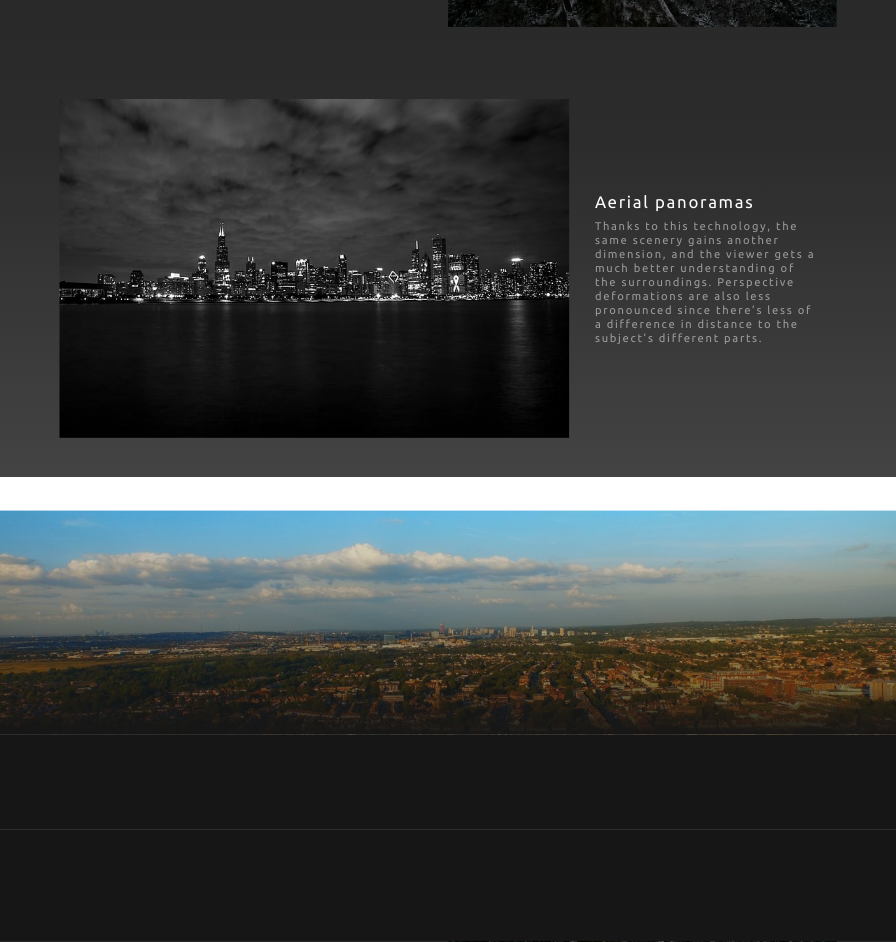
Repository: geoeskel/UCFD-Milestone-Project
Page: index.html
The author's editor kept a record of every edit. The page is drawn from the files as they stood at one moment, then again after the next edit.
The browser window is 1280 px wide. The pictures show the part of the page from y = 2958 to 4878 px (the page is 4303 px tall before and 4878 px after), at 70% of full size.
A picture or video elsewhere on the page could not be fetched, so the positions and the page height are approximate. Some web libraries are served in a nearby version.

Above is the page before.

### index.html
<!DOCTYPE html>
<html lang="en">

<head>
  <meta charset="utf-8">
  <meta name="viewport" content="width=device-width, initial-scale=1, shrink-to-fit=no">
  <title>TG Airview - Aerial Photography</title>
  <link href="css/bootstrap.min.css" rel="stylesheet">
  <link rel="stylesheet" href="https://use.fontawesome.com/releases/v5.1.1/css/all.css" integrity="sha384-O8whS3fhG2OnA5Kas0Y9l3cfpmYjapjI0E4theH4iuMD+pLhbf6JI0jIMfYcK3yZ" crossorigin="anonymous">
  <link href="https://fonts.googleapis.com/css?family=Ubuntu|Varela+Round&display=swap" rel="stylesheet">
  <link href="css/style.css" rel="stylesheet">
</head>

<body id="page-top">

  <!--------------------Navigation-------------------->
  <nav class="navbar navbar-expand-lg navbar-light fixed-top" id="mainNav">
    <div class="container">
      <a class="navbar-brand js-scroll-trigger" href="#page-top">Home</a>
      <button class="navbar-toggler navbar-toggler-right" type="button" data-toggle="collapse" data-target="#navbarResponsive" aria-controls="navbarResponsive" aria-expanded="false" aria-label="Toggle navigation">
        Menu
        <i class="fas fa-bars"></i>
      </button>
      <div class="collapse navbar-collapse" id="navbarResponsive">
        <ul class="navbar-nav ml-auto">
          <li class="nav-item">
            <a class="nav-link js-scroll-trigger" href="#about">About</a>
          </li>
          <li class="nav-item">
            <a class="nav-link js-scroll-trigger" href="#services">Services</a>
          </li>
          <li class="nav-item">
            <a class="nav-link js-scroll-trigger" href="#signup">Contact</a>
          </li>
        </ul>
      </div>
    </div>
  </nav>


  <!--------------------Header-------------------->
  <header class="head-main">
    <div class="overlay"></div>
    <video playsinline="playsinline" autoplay="autoplay" muted="muted" loop="loop">
    <source src="vids/header.mp4" type="video/mp4">
  </video>
    <div class="container h-100">
      <div class="d-flex h-100 text-center align-items-center">
        <div class="w-100 text-white">
          <h1 class="display-3">TG Airview</h1>
          <h2 class="text-white-50 mx-auto mt-2 mb-5">Aerial Photography</h2>
          <a href="#about" class="btn btn-primary js-scroll-trigger">Let's Fly!</a>
        </div>
      </div>
    </div>

  </header>

  <!--------------------About-------------------->
  <section id="about" class="about-section text-center">
    <div class="container">
      <div class="row">
        <div class="col-lg-8 mx-auto">
          <h2 class="text-white mb-4">Our love for flying comes shining through!</h2>
          <p class="text-white-50">We currently work with the world's leading drone company
            <a href="https://www.dji.com/" target="_blank">DJI.</a> We combine their best technology and our design to make our every project special - not just for us but especially for you!</p>
        </div>
      </div>
      <img src="img/about.png" class="img-fluid" alt="">

    </div>
  </section>

  <!--------------------Services-------------------->
  <section id="services" class="about-section bg-light">
    <div class="container">

      <div class="row align-items-center no-gutters mb-4 mb-lg-5">
        <div class="col-xl-8 col-lg-7">
          <img class="img-fluid mb-3 mb-lg-0" src="img/project-02.jpg" alt="">
        </div>
        <div class="col-xl-4 col-lg-5">
          <div class="featured-text text-center text-lg-left">
            <div class="first-service">
              <h4 class="text-white">Aerial photography</h4>
              <p class="text-white-50 mb-0">So what makes aerial photography so darn good? A great many things. It allows for a new – and extremely different – angle of shooting. There’s a huge difference in the angle of view when shooting from the ground, or even from
                a mountaintop, and when shooting from hundreds of meters above the landscape.</p>
            </div>
          </div>
        </div>
      </div>

      <div class="row justify-content-center no-gutters mb-4 mb-lg-5">
        <div class="col-lg-6">
          <img class="img-fluid mb-3 mb-lg-0" src="img/project-03.jpg" alt="">
        </div>
        <div class="col-lg-6 order-lg-first">
          <div class="text-center h-100 project">
            <div class="d-flex h-100">
              <div class="project-text w-100 my-auto text-center text-lg-right">
                <div class="first-service">
                  <h4 class="text-white">Night photography</h4>
                  <p class="mb-0 text-white-50">Light trails, starburst effect, motion blur . . . these are all easy at night. The long shutter speeds that are often required for proper exposure in night photography can lead to really cool effects. In addition, at night you can work
                    with lights that just aren’t on during the day.</p>
                </div>

              </div>
            </div>
          </div>
        </div>
      </div>

      <div class="row align-items-center no-gutters mb-4 mb-lg-5">
        <div class="col-xl-8 col-lg-7">
          <img class="img-fluid mb-3 mb-lg-0" src="img/project-01.jpg" alt="">
        </div>
        <div class="col-xl-4 col-lg-5">
          <div class="featured-text text-center text-lg-left">
            <div class="first-service">
              <h4 class="text-white">Aerial panoramas</h4>
              <p class="text-white-50 mb-0">Thanks to this technology, the same scenery gains another dimension, and the viewer gets a much better understanding of the surroundings. Perspective deformations are also less pronounced since there’s less of a difference in distance to
                the subject’s different parts.</p>
            </div>
          </div>
        </div>
      </div>

    </div>
  </section>


  <!--------------------Contact-------------------->
  <section id="signup" class="signup-section">
    <div class="container">

    </div>
  </section>


  <section class="contact-section bg-black">
    <div class="container">

      <div class="row">

        <div class="col-md-4 mb-3 mb-md-0">

        </div>

        <div class="col-md-4 mb-3 mb-md-0">

        </div>

        <div class="col-md-4 mb-3 mb-md-0">

        </div>

      </div>



    </div>
  </section>

  <!--------------------Footer-------------------->
  <footer class="bg-black small text-center text-white-50">
    <div class="container">

    </div>
  </footer>

  <script src="libraries/jquery.min.js"></script>
  <script src="libraries/bootstrap.bundle.min.js"></script>
  <script src="libraries/jquery.easing.min.js"></script>
  <script src="libraries/tgairview.min.js"></script>

</body>

</html>

### css/style.css
/* --------------------BODY-------------------- */

body {
  font-family: 'Varela+Round', sans-serif;
  letter-spacing: 0.0625em;
}

a {
  color: #4d4d4d;
}

a:focus,
a:hover {
  text-decoration: none;
  color: #4d4d4d;
}

.bg-black {
  background-color: #161616 !important;
}

.bg-primary {
  background-color: #4d4d4d !important;
}

.text-primary {
  color: #4d4d4d !important;
}

/* --------------------NAVBAR-------------------- */

#mainNav {
  min-height: 40px;
  background-color: #fff;
}

#mainNav .navbar-toggler {
  font-size: 80%;
  padding: 0.75rem;
  color: #404040;
  border: 1px solid #404040;
}

#mainNav .navbar-toggler:focus {
  outline: none;
}

#mainNav .navbar-brand {
  color: #161616;
  font-weight: 600;
  padding: .7rem 0;
}

#mainNav .navbar-nav .nav-item:hover {
  color: fade(white, 75%);
  outline: none;
  background-color: transparent;
}

#mainNav .navbar-nav .nav-item:active,
#mainNav .navbar-nav .nav-item:focus {
  outline: none;
  background-color: transparent;
}

@media (min-width: 992px) {
  #mainNav {
    padding-top: 0;
    padding-bottom: 0;
    border-bottom: none;
    background-color: transparent;
    transition: background-color 0.35s ease-in-out;
  }
  #mainNav .navbar-brand {
    padding: .5rem 0;
    color: rgba(255, 255, 255, 0.5);
  }
  #mainNav .nav-link {
    transition: none;
    padding: 2rem 1.5rem;
    color: rgba(255, 255, 255, 0.5);
  }
  #mainNav .nav-link:hover {
    color: rgba(255, 255, 255, 0.75);
  }
  #mainNav .nav-link:active {
    color: white;
  }
  #mainNav.navbar-shrink {
    background-color: #ffffff;
  }
  #mainNav.navbar-shrink .navbar-brand {
    color: #161616;
  }
  #mainNav.navbar-shrink .nav-link {
    color: #161616;
    padding: 1.5rem 1.5rem 1.25rem;
    border-bottom: 0.25rem solid transparent;
  }
  #mainNav.navbar-shrink .nav-link:hover {
    color: #161616;
  }
  #mainNav.navbar-shrink .nav-link:active {
    color: #666666;
  }
  #mainNav.navbar-shrink .nav-link.active {
    color: #161616;
    outline: none;
    border-bottom: 0.25rem solid #161616;
  }
}

/* --------------------HEADER-------------------- */

header {
  position: relative;
  background-color: black;
  height: 100vh;
  min-height: 25rem;
  width: 100%;
  overflow: hidden;
}

header video {
  position: absolute;
  top: 50%;
  left: 50%;
  min-width: 100%;
  min-height: 100%;
  width: auto;
  height: auto;
  z-index: 0;
  -ms-transform: translateX(-50%) translateY(-50%);
  -moz-transform: translateX(-50%) translateY(-50%);
  -webkit-transform: translateX(-50%) translateY(-50%);
  transform: translateX(-50%) translateY(-50%);
}

header .container {
  position: relative;
  z-index: 2;
}

header .overlay {
  position: absolute;
  top: 0;
  left: 0;
  height: 100%;
  width: 100%;
  background-color: black;
  opacity: 0.5;
  z-index: 1;
}

.container {
  font-family: 'Ubuntu', sans-serif;
  font-size: 20px;
  line-height: 20px;
  letter-spacing: 0.4rem;

}

.head-main {
  position: relative;
  width: 100%;
  height: auto;
  min-height: 35rem;
  padding: 15rem 0;
  background: linear-gradient(to bottom, rgba(22, 22, 22, 0.3) 0%, rgba(22, 22, 22, 0.7) 75%, #161616 100%), url("../img/bg-head-main.jpg");
  background-position: center;
  background-repeat: no-repeat;
  background-attachment: scroll;
  background-size: cover;
}

.head-main h1 {
  font-family: 'Ubuntu', sans-serif;
  font-size: 2.5rem;
  line-height: 2.5rem;
  letter-spacing: 0.8rem;
  background: -webkit-linear-gradient(rgba(255, 255, 255, 0.7), rgba(255, 255, 255, 0));
  -webkit-text-fill-color: transparent;
  -webkit-background-clip: text;
}

.head-main h2 {
  max-width: 20rem;
  font-size: 1rem;
}

@media (min-width: 768px) {
  .head-main h1 {
    font-size: 4rem;
    line-height: 7rem;
    }
}

@media (min-width: 992px) {
  .head-main {
    height: 100vh;
    padding: 0;
  }
  .head-main h1 {
    font-size: 6.5rem;
    line-height: 6.5rem;
    letter-spacing: 0.8rem;
  }
  .head-main h2 {
    max-width: 30rem;
    font-size: 1.25rem;
  }
}

.btn {
  box-shadow: 0 0.2rem 0.2rem 0 rgba(0, 0, 0, 0.1);
  padding: 0.75rem 1.5rem;
  font-family: 'Varela Round', sans-serif;
  font-size: 80%;
  text-transform: uppercase;
  letter-spacing: .15rem;
  border: 0;
}

.btn-primary {
  background-color: Transparent;
}

.btn-primary:hover {
  background-color: #7f7f7f;
}

.btn-primary:focus {
  background-color: #1a1a1a;
  color: white;
}

.btn-primary:active {
  background-color: #B8B8B8;
}

/* --------------------ABOUT-------------------- */

.about-section {
  padding-top: 10rem;
  background: linear-gradient(to bottom, #161616 0%, rgba(22, 22, 22, 0.9) 75%, rgba(22, 22, 22, 0.8) 100%);
  font-size: 10px;
}

.about-section p {
  margin-bottom: 5rem;
}

.row {
  height: auto;
  font-size: 80%;
  letter-spacing: 0.15rem;
  border: 0;
  padding-bottom: 5%;
}

/* --------------------SERVICES-------------------- */

.first-service {
  padding-left: 25px;
  padding-right: 25px;
}

.services-section {
  padding: 10rem 0;
}

.services-section .featured-text {
  padding: 2rem;
}

@media (min-width: 992px) {
  .services-section .featured-text {
    padding: 0 0 0 2rem;
    border-left: 0.5rem solid #161616;
  }
}

.services-section .project-text {
  padding: 3rem;
  font-size: 90%;
}

@media (min-width: 992px) {
  .services-section .project-text {
    padding: 5rem;
  }
}

/* --------------------CONTACT-------------------- */


.signup-section {
  padding: 10rem 0;
  background: linear-gradient(to bottom, rgba(22, 22, 22, 0.1) 0%, rgba(22, 22, 22, 0.5) 75%, #161616 100%), url("../img/bg-signup.jpg");
  background-position: center;
  background-repeat: no-repeat;
  background-attachment: scroll;
  background-size: cover;
}

.signup-section .form-inline input {
  box-shadow: 0 0.1875rem 0.1875rem 0 rgba(0, 0, 0, 0.1);
  padding: 1.25rem 2rem;
  height: auto;
  font-family: 'Varela+Round', sans-serif;
  font-size: 80%;
  text-transform: uppercase;
  letter-spacing: 0.15rem;
  border: 0;
}

.contact-section {
  padding: 5rem 0 0;
}

.contact-section .card {
  border: 0;
  border-bottom: 0.25rem solid #161616;
}

.contact-section .card h4 {
  font-size: 0.8rem;
  font-family: 'Varela+Round', sans-serif;
  text-transform: uppercase;
  letter-spacing: 0.15rem;
}

.contact-section .card hr {
  border-color: #161616;
  border-width: 0.25rem;
  width: 3rem;
}

.contact-section .social {
  margin-top: 5rem;
}

.contact-section .social a {
  text-align: center;
  height: 3rem;
  width: 3rem;
  background: rgba(255, 255, 255, 0.1);
  border-radius: 100%;
  line-height: 3rem;
  color: rgba(255, 255, 255, 0.3);
}

.contact-section .social a:hover {
  color: rgba(255, 255, 255, 0.5);
}

.contact-section .social a:active {
  color: #ffffff;
}

/* --------------------FOOTER-------------------- */

footer {
  padding: 5rem 0;
}

Loaded but not shown: css/bootstrap.min.css (library); libraries/jquery.min.js (library); libraries/bootstrap.bundle.min.js (library); libraries/jquery.easing.min.js (common file); libraries/tgairview.min.js (common file)

After the next edit:
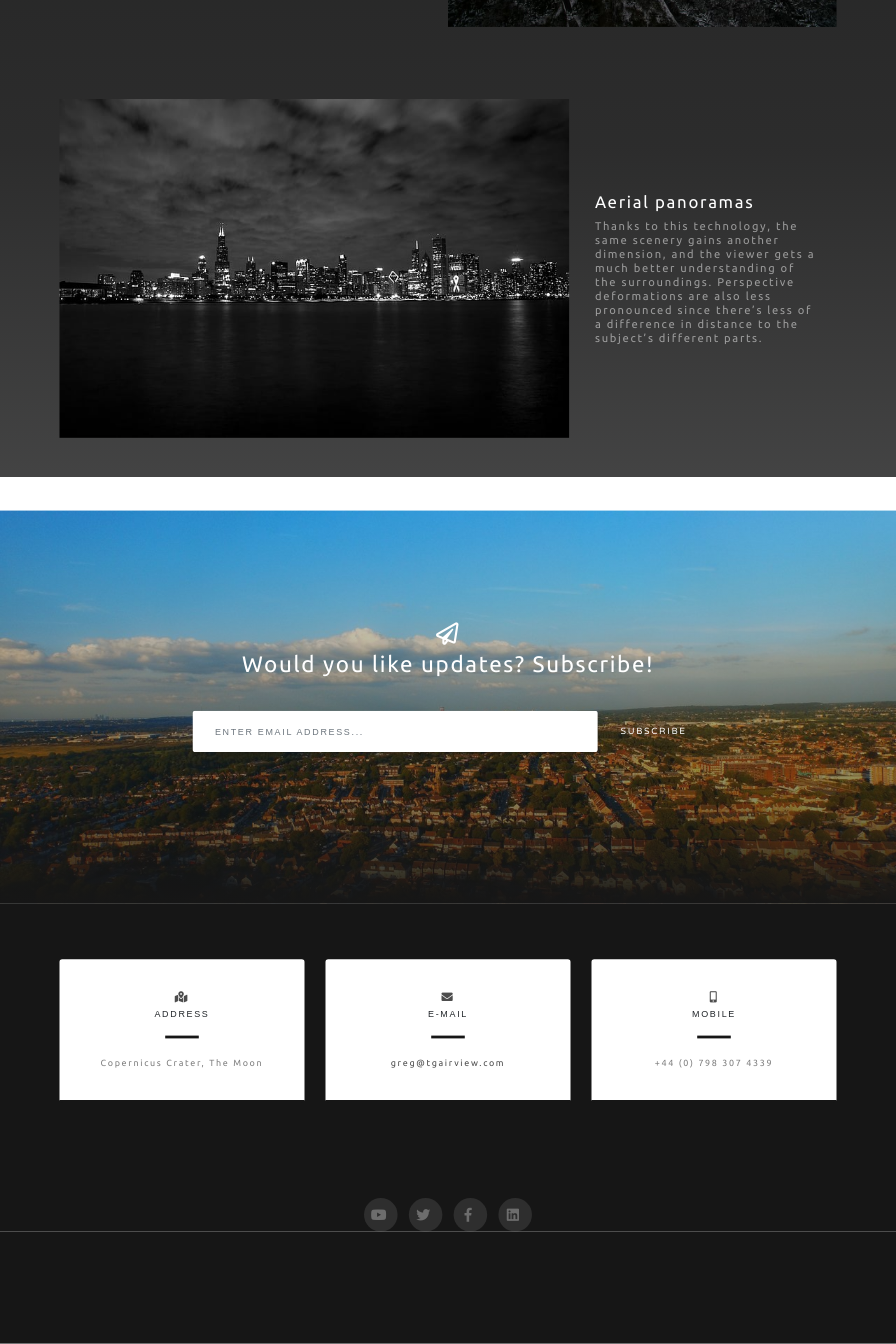
The edit:
--- a/index.html
+++ b/index.html
@@ -129,10 +129,22 @@
   </section>
 
 
-  <!--------------------Contact-------------------->
+ <!--------------------Contact-------------------->
   <section id="signup" class="signup-section">
     <div class="container">
-
+      <div class="row">
+        <div class="col-md-10 col-lg-8 mx-auto text-center">
+
+          <i class="far fa-paper-plane fa-2x mb-2 text-white"></i>
+          <h2 class="text-white mb-5">Would you like updates? Subscribe!</h2>
+
+          <form class="form-inline d-flex">
+            <input type="email" class="form-control flex-fill mr-0 mr-sm-2 mb-3 mb-sm-0" id="inputEmail" placeholder="Enter email address...">
+            <button type="submit" class="btn btn-primary mx-auto">Subscribe</button>
+          </form>
+
+        </div>
+      </div>
     </div>
   </section>
 
@@ -143,20 +155,55 @@
       <div class="row">
 
         <div class="col-md-4 mb-3 mb-md-0">
-
+          <div class="card py-4 h-100">
+            <div class="card-body text-center">
+              <i class="fas fa-map-marked-alt text-primary mb-2"></i>
+              <h4 class="text-uppercase m-0">Address</h4>
+              <hr class="my-4">
+              <div class="small text-black-50">Copernicus Crater, The Moon</div>
+            </div>
+          </div>
         </div>
 
         <div class="col-md-4 mb-3 mb-md-0">
-
+          <div class="card py-4 h-100">
+            <div class="card-body text-center">
+              <i class="fas fa-envelope text-primary mb-2"></i>
+              <h4 class="text-uppercase m-0">E-Mail</h4>
+              <hr class="my-4">
+              <div class="small text-black-50">
+                <a href="#">greg@tgairview.com</a>
+              </div>
+            </div>
+          </div>
         </div>
 
         <div class="col-md-4 mb-3 mb-md-0">
-
-        </div>
-
-      </div>
-
-
+          <div class="card py-4 h-100">
+            <div class="card-body text-center">
+              <i class="fas fa-mobile-alt text-primary mb-2"></i>
+              <h4 class="text-uppercase m-0">Mobile</h4>
+              <hr class="my-4">
+              <div class="small text-black-50">+44 (0) 798 307 4339</div>
+            </div>
+          </div>
+        </div>
+      </div>
+
+      <div class="social d-flex justify-content-center">
+        <a href="https://www.youtube.com/channel/UCpPGd5hFzI-q_gBM0CxnEIA" target="_blank" class="mx-2">
+         <i class="fab fa-youtube"></i>
+
+        <a href="https://twitter.com/DJIGlobal?ref_src=twsrc%5Egoogle%7Ctwcamp%5Eserp%7Ctwgr%5Eauthor target="_blank" class="mx-2">
+          <i class="fab fa-twitter"></i>
+        </a>
+        <a href="https://www.facebook.com/dji.europe/?brand_redir=448935811878964" target="_blank" class="mx-2">
+          <i class="fab fa-facebook-f"></i>
+        </a>
+        <a href="https://www.linkedin.com/in/greg-wladyka-9523a28a" target="_blank" class="mx-2">
+          <i class="fab fa-linkedin"></i>
+        </a>
+      </div>
 
     </div>
   </section>
